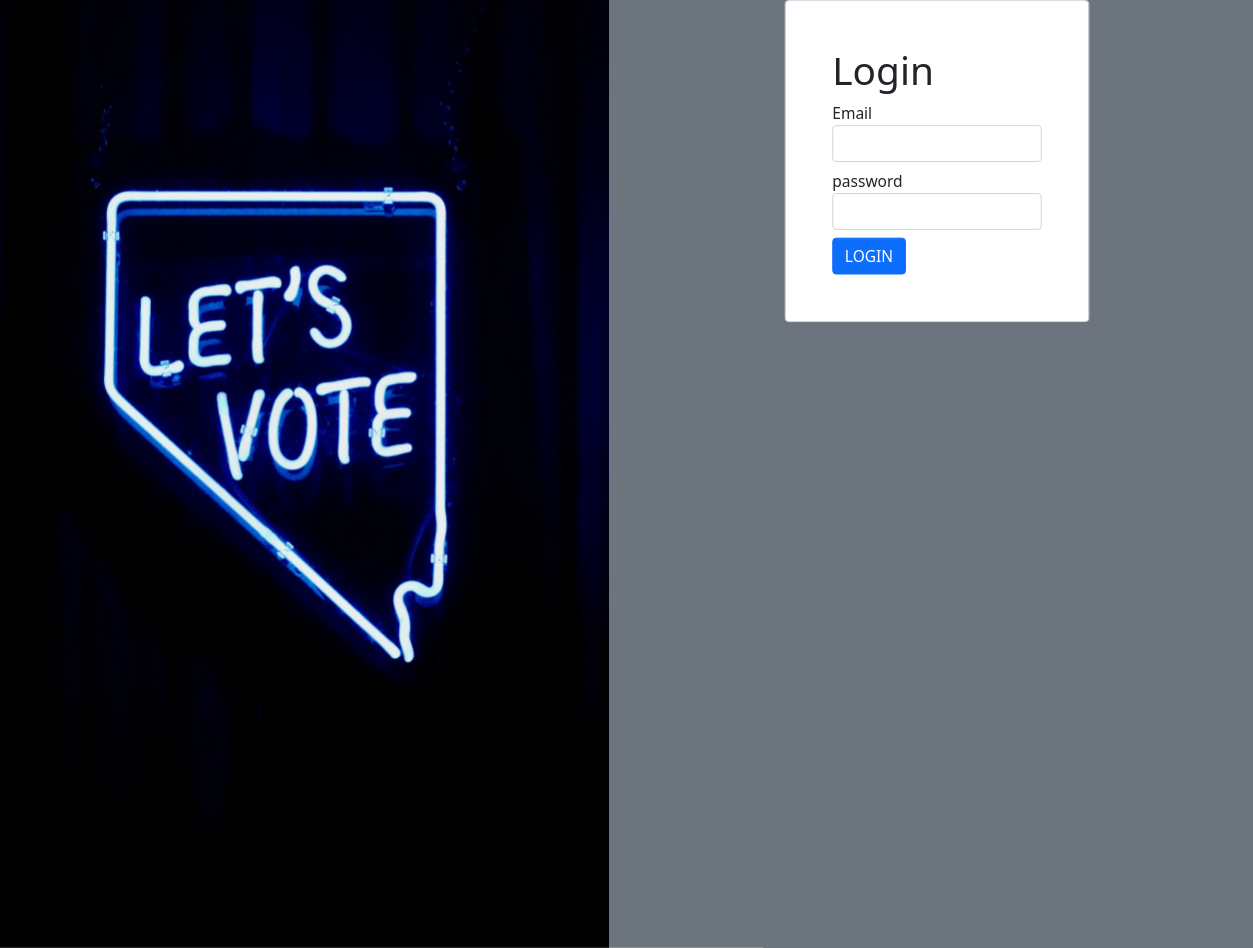
Repository: DavidManiIbrahim/Voting-app
Page: Login.html
An editor plug-in stored every save of this project. The page is shown before and after the next save, followed by the edit.
The browser window is 1280 px wide. The page is 1292 px wide, so the pictures cover 1292 px, including what lies to the right of the window. The pictures show the whole page, at 97% of full size.

Above is the page before, as saved 2025-01-18 07:05:17.

After the next save:
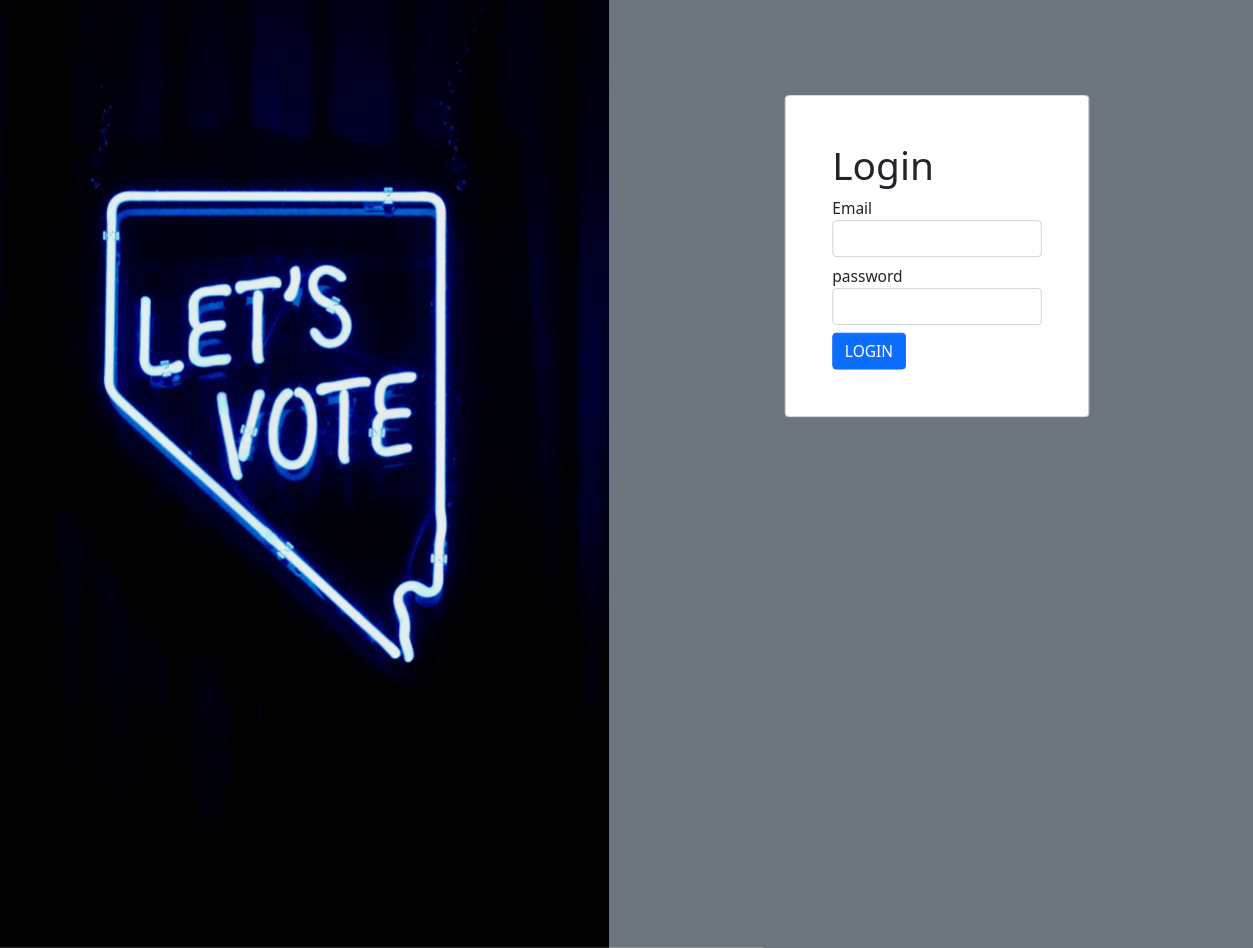
Saved 7 s later.
--- a/Login.html
+++ b/Login.html
@@ -11,7 +11,7 @@
 <style>
     form{
         position: relative;
-        /* top: 30%; */
+        top: 10%;
     }
 </style>
 
